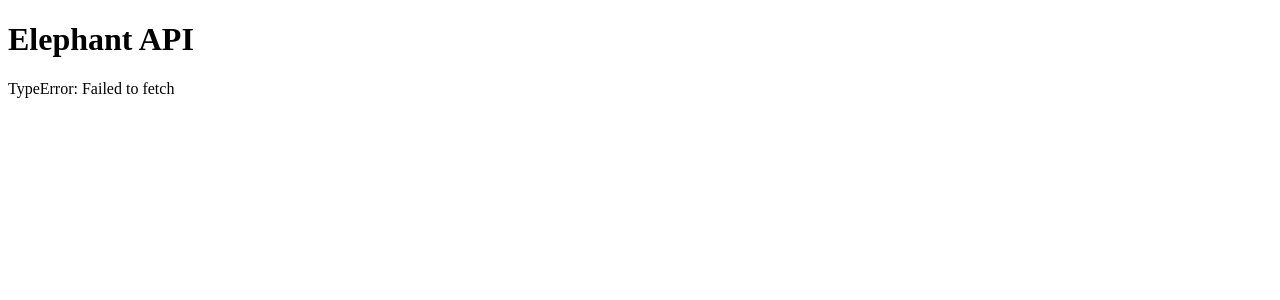
Repository: Fariaddd/javascript-1-module-4
Page: index.html
These files come from the project's save history. The page is drawn as it stood at one moment and after the next save; the edit follows.
The browser window is 1280 px wide. The pictures show the whole page.
The page's requests for data from a server got no answer.

Above is the page before, as saved 2022-02-14 11:51:36.

After the next save:
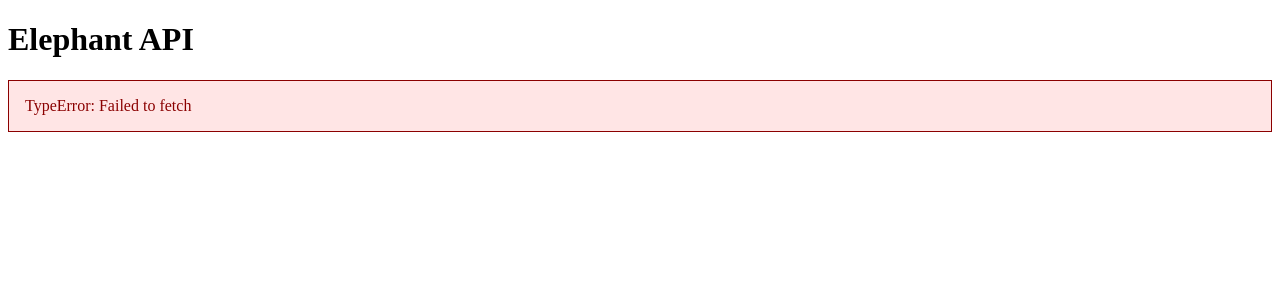
Saved 7 s later.
--- a/handlers/alert.js
+++ b/handlers/alert.js
@@ -1,4 +1,4 @@
 function alert(alertType = "seccess", message = "") {
-    return `<div clas=s"${alertType}">${message}</div>`;
+    return `<div class="${alertType}">${message}</div>`;
 
 }
